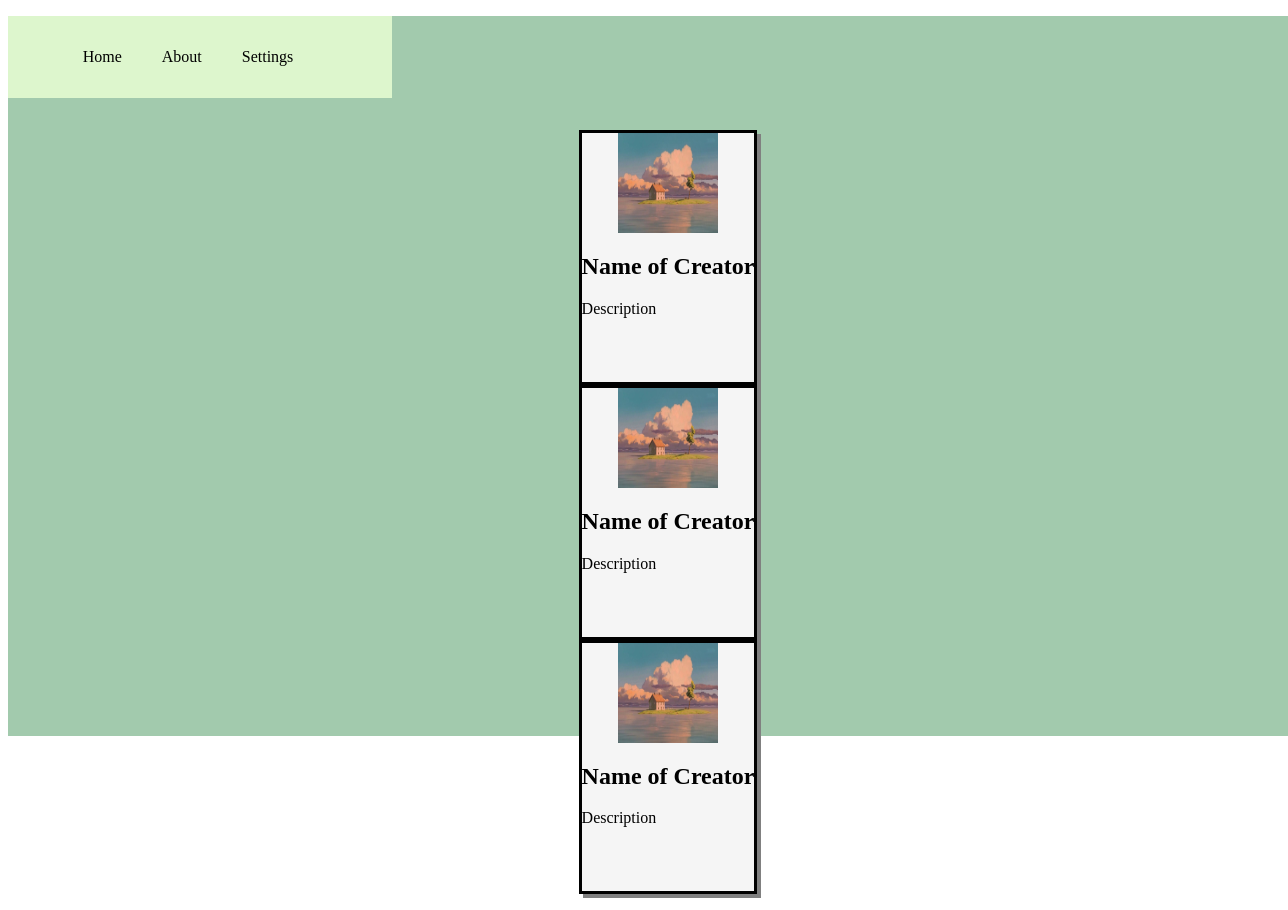
Repository: k8ANStar/Questify
Page: /About
The author's editor kept a copy of each file at every save. The page is drawn from the files as they stood at one save, then again after the next save.
The browser window is 1280 px wide. The page is 1288 px wide, so the pictures cover 1288 px, including what lies to the right of the window. The pictures show the whole page.
The project was rebuilt for these pictures with package versions that can differ from the ones it lists, and the page was loaded fresh each time. The framework's server and built-in components were replaced by stand-ins that run in the browser. Also part of the build but not shown: next.config.mjs.

Above is the page before, as saved 2024-03-24 22:17:58.

After the next save:
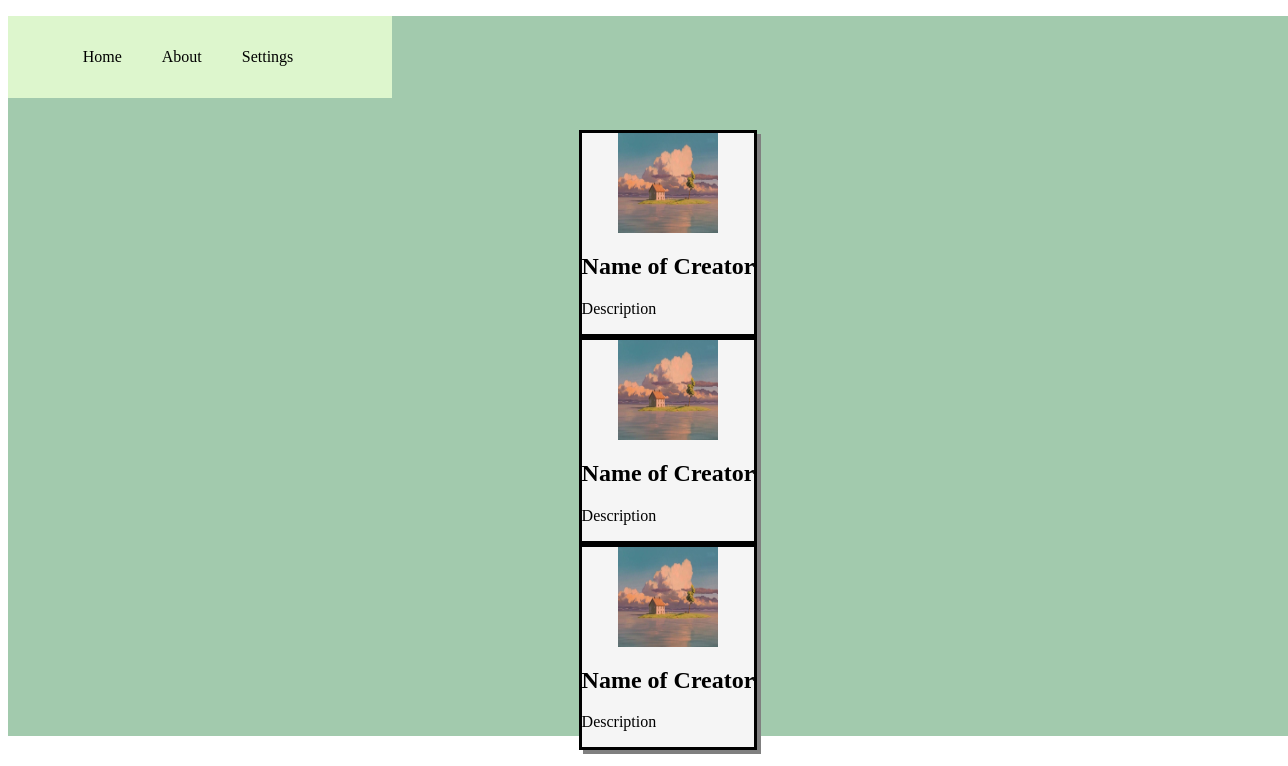
Saved 17 s later.
--- a/components/Card/Card.module.css
+++ b/components/Card/Card.module.css
@@ -1,7 +1,7 @@
 .cardContainer {
 	border: 3px solid black;
 	display: flex;
-	padding-bottom: 3rem;
+	padding-bottom: 2rem 3rem;
 	align-items: center;
 	text-decoration: none;
 	box-shadow: 4px 4px gray;
